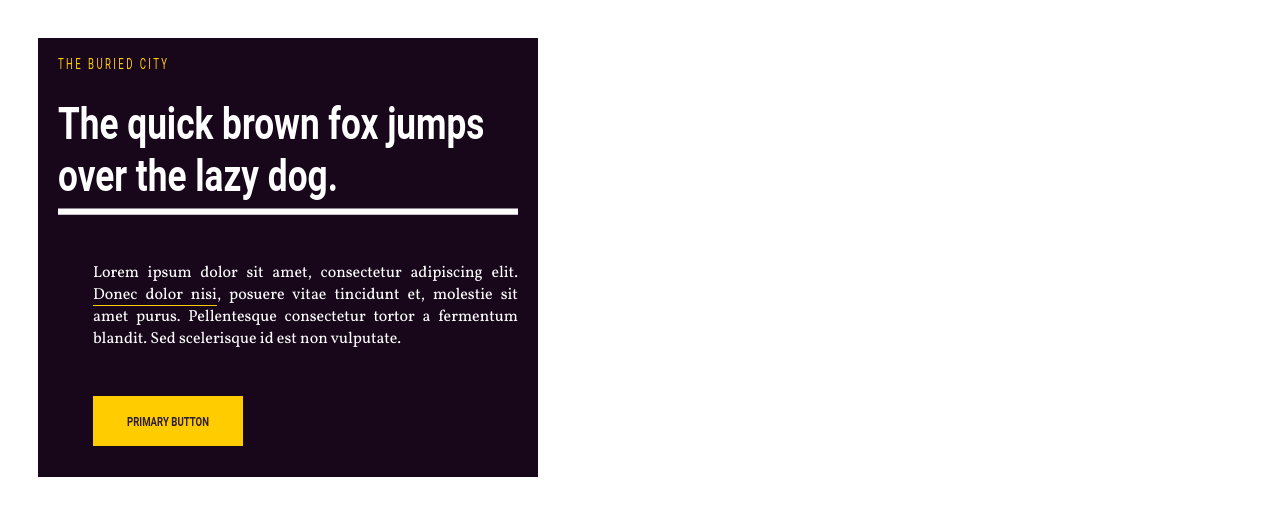
Repository: rafigabriel/TP2---Web-I
Page: ex03-css/index.html
The author's editor kept a copy of each file at every save. The page is drawn from the files as they stood at one save, then again after the next save.
The browser window is 1280 px wide. The pictures show the whole page.

Above is the page before, as saved 2024-09-09 18:28:15.

### ex03-css/index.html
<!DOCTYPE html>
<html lang="pt-br">
    <head>
        <meta charset="UTF-8">
        <meta name="viewport" content="width=device-width, initial-scale=1.0">
        <title>Exercicio 3</title>
        <link rel="stylesheet" href="style.css">
        <link rel="preconnect" href="https://fonts.googleapis.com">
        <link rel="preconnect" href="https://fonts.gstatic.com" crossorigin>
        <link
            href="https://fonts.googleapis.com/css2?family=Roboto+Condensed:ital,wght@0,100..900;1,100..900&display=swap"
            rel="stylesheet">
        <link rel="preconnect" href="https://fonts.googleapis.com">
        <link rel="preconnect" href="https://fonts.gstatic.com" crossorigin>
        <link
            href="https://fonts.googleapis.com/css2?family=Vollkorn:ital,wght@0,400..900;1,400..900&display=swap"
            rel="stylesheet">

    </head>
    <body>
        <div id="container">
            <p id="secao">The buried city</p>
            <h1>The quick brown fox jumps over the lazy dog.</h1>
            <p>Lorem ipsum dolor sit amet, consectetur adipiscing elit. <a
                    id="link"
                    href="#">Donec dolor nisi</a>, posuere vitae tincidunt et,
                molestie sit amet purus. Pellentesque consectetur tortor a
                fermentum
                blandit. Sed scelerisque id est non vulputate.</p>
            <p>
                <button>Primary button</button>
            </p>

        </div>

    </body>
</html>

### ex03-css/style.css
body{
    width: 500px;
    color: #231900;
    padding: 30px;
}

#container{
    background-color: #18071B;
    padding: 20px;
}

h1{
    font-size: 2.2em;
    font-family: "Roboto", sans-serif;
    font-style: normal;
    font-weight: 700;
    color: white;
    padding-bottom: 5px;
    margin-top: 40px;
    border-bottom: 5px solid white;
    transform: scale(1,1.25);
}
p{
    text-align: justify;
    padding: 35px;
    padding-right: 0;
    padding-bottom: 0;
    font-family: "Vollkorn", serif;
    font-weight: 400;
    font-style: normal;
    font-size: 1em;
    color: white;
}

#secao{
    padding: 0;
    font-family: "Roboto", sans-serif;
    font-style: normal;
    font-weight: 400;
    font-size: 0.6em;
    color: #FFCC00;
    letter-spacing: 0.25em;
    margin-top: auto;
    text-transform: uppercase;
    transform: scale(1,1.5);
}

#link{
    font-family: "Vollkorn", serif;
    font-weight: 400;
    color: white;
    text-decoration: underline;
    text-decoration-color: #FFCC00;
    text-decoration-thickness:1px ;
    text-underline-offset: 6px;
}

button{
    display: block;
    background-color: #FFCC00;
    color: #2F2032;
    width: 150px;
    height: 40px;
    border: none;
    font-size: 0.6em;
    font-weight: 700;
    margin-top: 0px;
    font-family: "Roboto", sans-serif;
    text-transform: uppercase;
    text-align: center;
    margin-bottom: 0px;
    transform: scale(1,1.25);
}

After the next save:
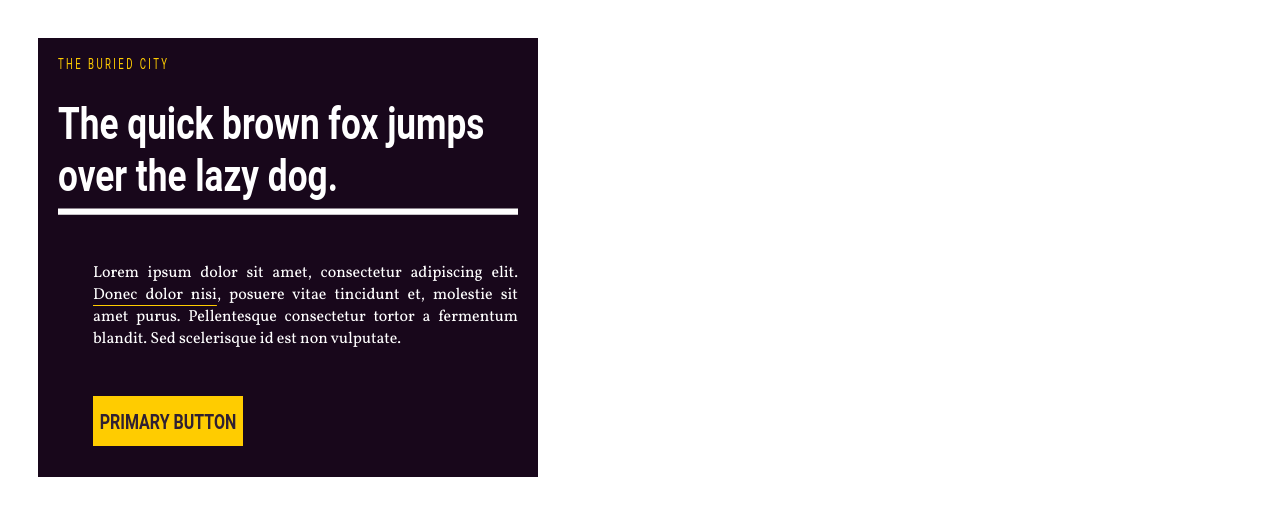
Saved 5 s later.
--- a/ex03-css/style.css
+++ b/ex03-css/style.css
@@ -62,7 +62,7 @@ button{
     width: 150px;
     height: 40px;
     border: none;
-    font-size: 0.6em;
+    font-size: 1em;
     font-weight: 700;
     margin-top: 0px;
     font-family: "Roboto", sans-serif;
